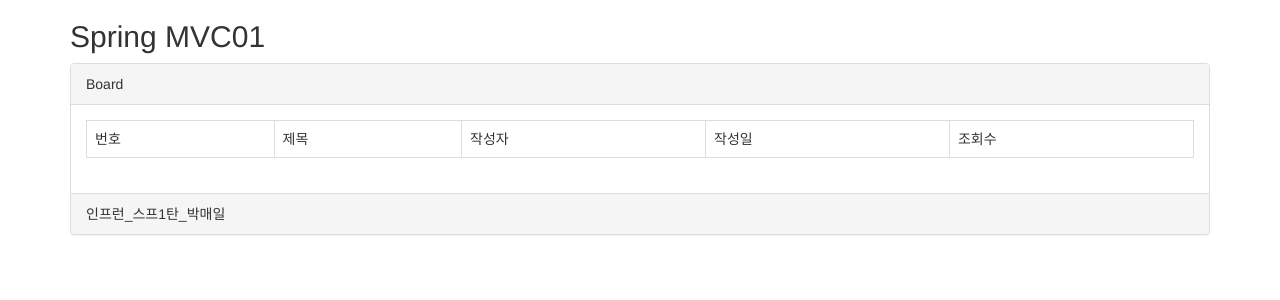
Repository: yejun95/spring-MVC-practice-eGov
Page: http://localhost/SpringMVC01/boardList.do
These files come from the project's save history. The page is drawn as it stood at one moment and after the next save; the edit follows.
The browser window is 1280 px wide. The pictures show the whole page.
The page is served by Tomcat 9. Other server files are loaded and not shown.

Above is the page before, as saved 2023-08-05 13:41:16.

### SpringMVC01/src/main/webapp/WEB-INF/views/boardList.jsp
<%@ page language="java" contentType="text/html; charset=UTF-8"
    pageEncoding="UTF-8"%>
<%@taglib prefix="c" uri="http://java.sun.com/jsp/jstl/core" %>
<!DOCTYPE html>
<html lang="en">
<head>
  <title>Spring MVC01</title>
  <meta charset="utf-8">
  <meta name="viewport" content="width=device-width, initial-scale=1">
  <link rel="stylesheet" href="https://maxcdn.bootstrapcdn.com/bootstrap/3.4.1/css/bootstrap.min.css">
  <script src="https://ajax.googleapis.com/ajax/libs/jquery/3.6.4/jquery.min.js"></script>
  <script src="https://maxcdn.bootstrapcdn.com/bootstrap/3.4.1/js/bootstrap.min.js"></script>
</head>
<body>

<div class="container">
  <h2>Spring MVC01</h2>
  <div class="panel panel-default">
    <div class="panel-heading">Board</div>
    <div class="panel-body">
    	<table class="table table-bordered table-hover">
    		<tr>
    			<td>번호</td>
    			<td>제목</td>
    			<td>작성자</td>
    			<td>작성일</td>
    			<td>조회수</td>
    		</tr>
    	</table>
    	<c:forEach var="vo" items="${list }">
    		<tr>

    		</tr>

    	</c:forEach>
    </div>
    <div class="panel-footer">인프런_스프1탄_박매일</div>
  </div>
</div>

</body>
</html>

### SpringMVC01/src/main/java/kr/board/entity/Board.java
package kr.board.entity;
// Lombok API사용 시 편함
// @Data
public class Board {
	private int idx; // 번호
	private String title; // 제목
	private String content; // 내용
	private String writer; // 작성자
	private String indate; // 작성일
	private int count; // 조회수
	// setter , getter
	public int getIdx() {
		return idx;
	}
	public void setIdx(int idx) {
		this.idx = idx;
	}
	public String getTitle() {
		return title;
	}
	public void setTitle(String title) {
		this.title = title;
	}
	public String getContent() {
		return content;
	}
	public void setContent(String content) {
		this.content = content;
	}
	public String getWriter() {
		return writer;
	}
	public void setWriter(String writer) {
		this.writer = writer;
	}
	public String getIndate() {
		return indate;
	}
	public void setIndate(String indate) {
		this.indate = indate;
	}
	public int getCount() {
		return count;
	}
	public void setCount(int count) {
		this.count = count;
	}


}

After the next save:
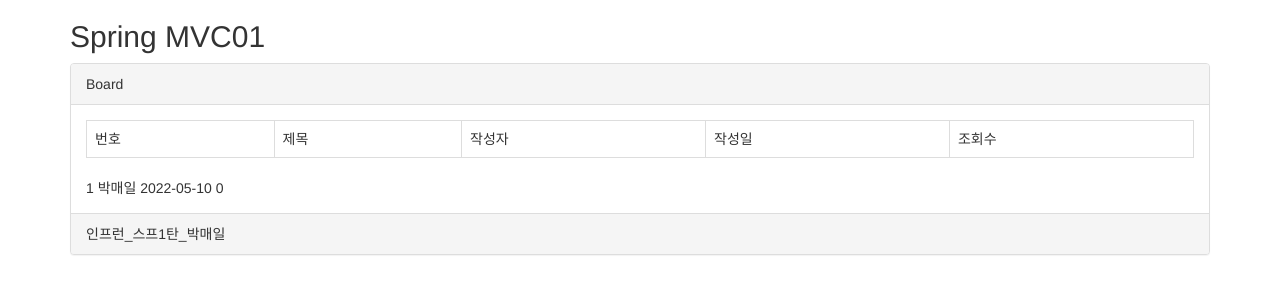
Saved 55 s later.
--- a/SpringMVC01/src/main/webapp/WEB-INF/views/boardList.jsp
+++ b/SpringMVC01/src/main/webapp/WEB-INF/views/boardList.jsp
@@ -29,7 +29,11 @@
     	</table>
     	<c:forEach var="vo" items="${list }">
     		<tr>
-
+    			<td>${vo.idx}</td>
+    			<td>${vo.content}</td>
+    			<td>${vo.writer}</td>
+    			<td>${vo.indate}</td>
+    			<td>${vo.count}</td>
     		</tr>
 
     	</c:forEach>
